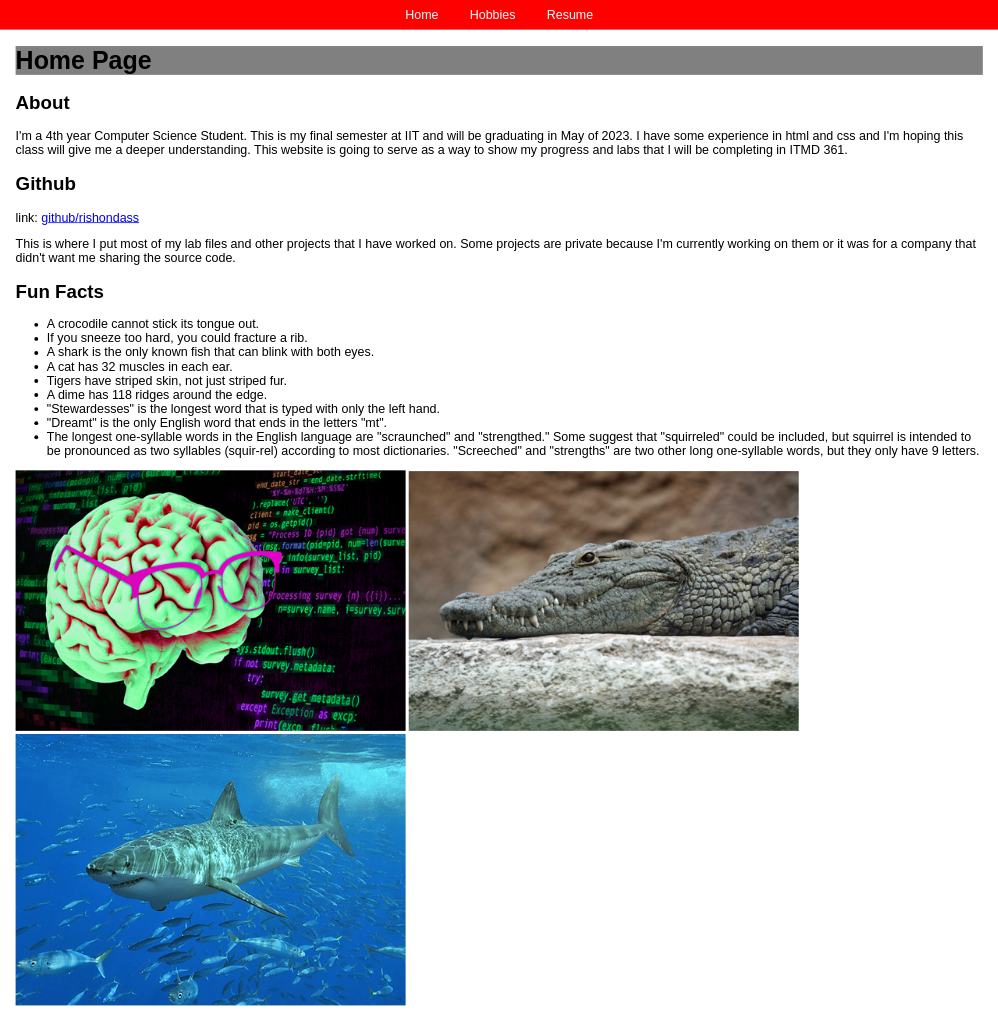
Repository: rishondass/ITMD361-Project2
Page: index.html
The author's editor kept a copy of each file at every save. The page is drawn from the files as they stood at one save, then again after the next save.
The browser window is 1280 px wide. The pictures show the whole page, at 78% of full size.

Above is the page before, as saved 2023-03-07 21:33:05.

### index.html
<!DOCTYPE html>
<html lang="en">
<head>
    <meta charset="UTF-8">
    <meta name="viewport" content="width=device-width, initial-scale=1.0">
    <link rel="stylesheet" href="css/style.css">
    <link rel="stylesheet" href="css/normalize.css">
    <title>Home</title>
</head>
<body>
    <nav id="main-nav">
        <ul>
            <li>
                <a href="index.html">Home</a>
            </li>
            <li>
                <a href="hobbies.html">Hobbies</a>
            </li>
            <li>
                <a href="resume.html">Resume</a>
            </li>
        </ul>
    </nav>

    <div id="main-container">
        <div id="hero-section">
            <h1>Home Page</h1>
        </div>

        <h2>
            About
        </h2>
        <p>
            I'm a 4th year Computer Science Student. This is my final semester at IIT and will be graduating in May of 2023. I have some experience in html and css and I'm hoping this class will give me a deeper understanding. This website is going to serve as a way to show my progress and labs that I will be completing in ITMD 361.
        </p>
        <h2>
            Github
        </h2>
        <p>
            link: <a target="_blank" href="https://www.github.com/rishondass">github/rishondass</a>
        </p>
        <p>
            This is where I put most of my lab files and other projects that I have worked on. Some projects are private because I'm currently working on them or it was for a company that didn't want me sharing the source code.
        </p>
        <h2>
            Fun Facts
        </h2>
        <ul>
            <li>
                A crocodile cannot stick its tongue out.
            </li>
            <li>
                If you sneeze too hard, you could fracture a rib.
            </li>
            <li>
                A shark is the only known fish that can blink with both eyes.
            </li>
            <li>
                A cat has 32 muscles in each ear.
            </li>
            <li>
                Tigers have striped skin, not just striped fur.
            </li>
            <li>
                A dime has 118 ridges around the edge.
            </li>
            <li>
                "Stewardesses" is the longest word that is typed with only the left hand.
            </li>
            <li>
                "Dreamt" is the only English word that ends in the letters "mt".
            </li>
            <li>
                The longest one-syllable words in the English language are "scraunched" and "strengthed." Some suggest that "squirreled" could be included, but squirrel is intended to be pronounced as two syllables (squir-rel) according to most dictionaries. "Screeched" and "strengths" are two other long one-syllable words, but they only have 9 letters.
            </li>
        </ul>
        <img src="images/code.jpg" alt="image_of_code">
        <img src="images/Nile_crocodile_head.jpg" alt="image_of_crocodile">
        <img src="images/White_shark.jpg" alt="image_of_shark">

    </div>
</body>
</html>

### css/style.css
#main-nav{
    background-color: red;
    overflow: hidden;
}

#main-nav ul{
    list-style-type: none;
    padding: 0;
    margin: 0;
    display: flex;
    justify-content: center;
}

#main-nav a{
   display: block;
   padding: 10px 20px;
   text-decoration: none;
   color: white;
}


#main-nav a:hover{
    background-color: rgb(255, 255, 255);
    color:black;
}

#main-container{
    margin: 20px;
}

#hero-section{
    width: 100%;
    height: 50%;
    background-color: gray;
}

Loaded but not shown: css/normalize.css (library)

After the next save:
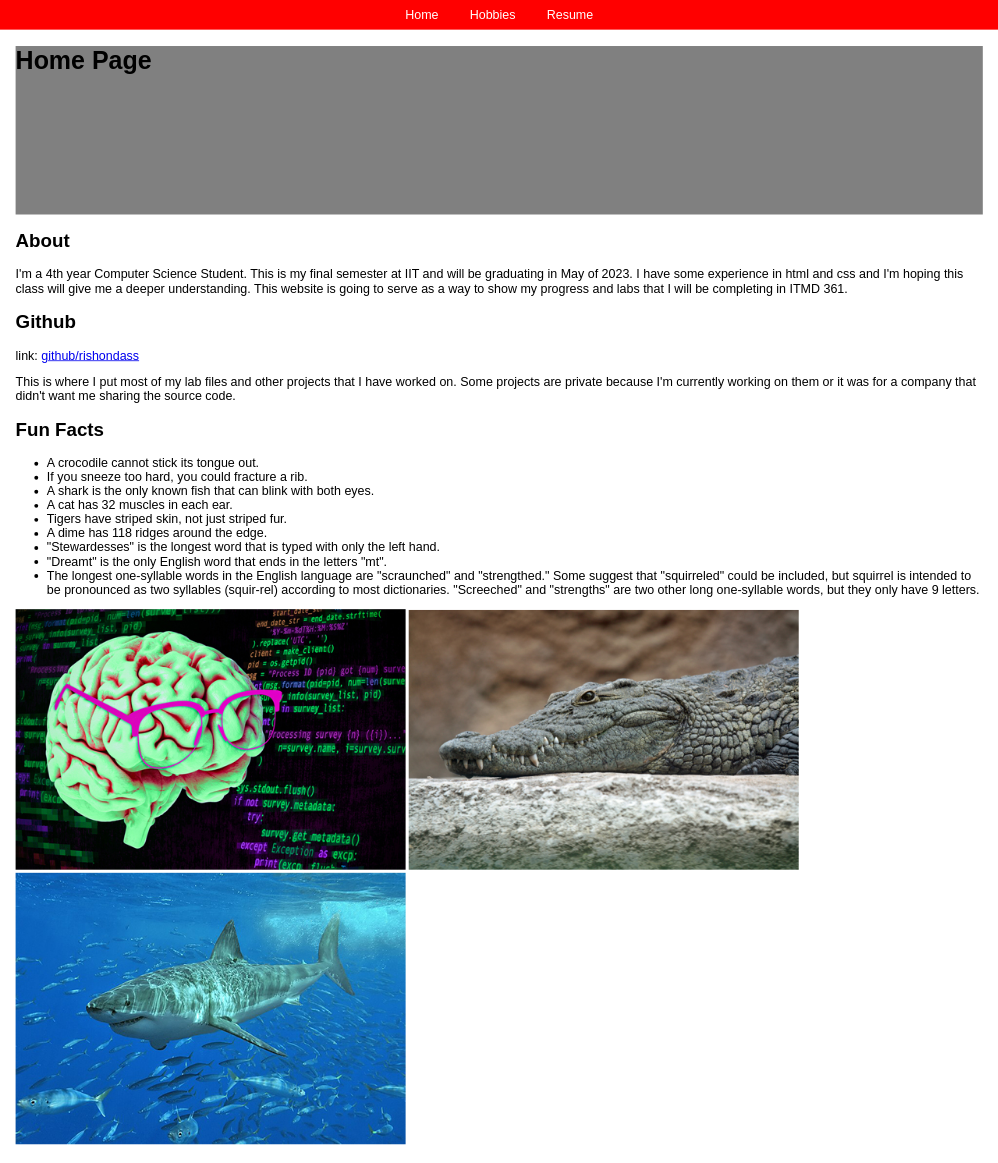
Saved 7 s later.
--- a/css/style.css
+++ b/css/style.css
@@ -30,6 +30,6 @@
 
 #hero-section{
     width: 100%;
-    height: 50%;
+    height: 30vh;
     background-color: gray;
 }
